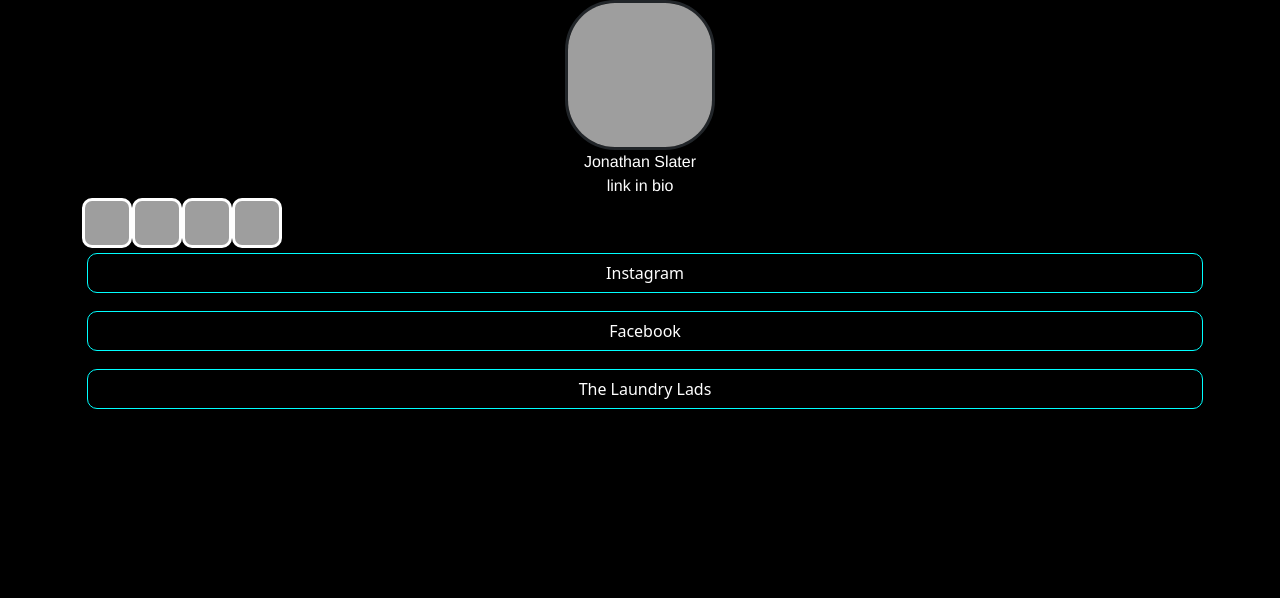
Repository: jontslater/LAB-link-in-bio
Page: index.html
The author's editor kept a copy of each file at every save. The page is drawn from the files as they stood at one save, then again after the next save.
The browser window is 1280 px wide. The pictures show the whole page.
Pictures or frames that could not be fetched are drawn as grey boxes.

Above is the page before, as saved 2023-10-15 15:20:54.

After the next save:
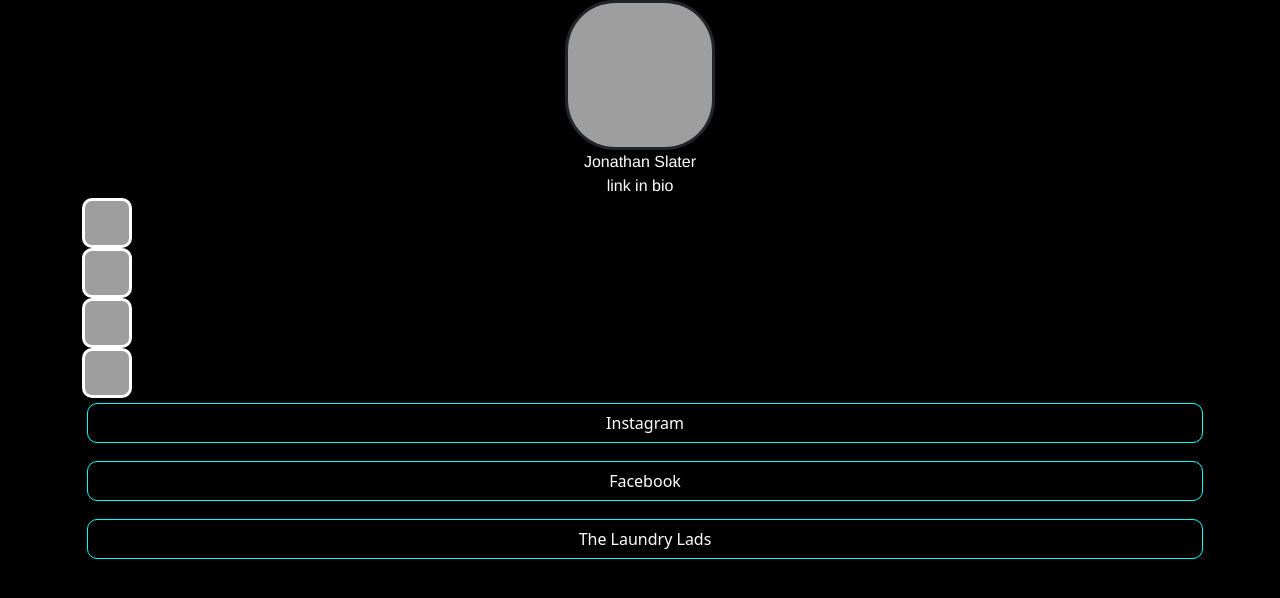
Saved 34 s later.
--- a/main.css
+++ b/main.css
@@ -46,3 +46,8 @@
   border-radius: 10px;
   border-style: solid;
 }
+
+.side {
+  display: flex;
+  justify-content: space-between;
+}

After the save that followed:
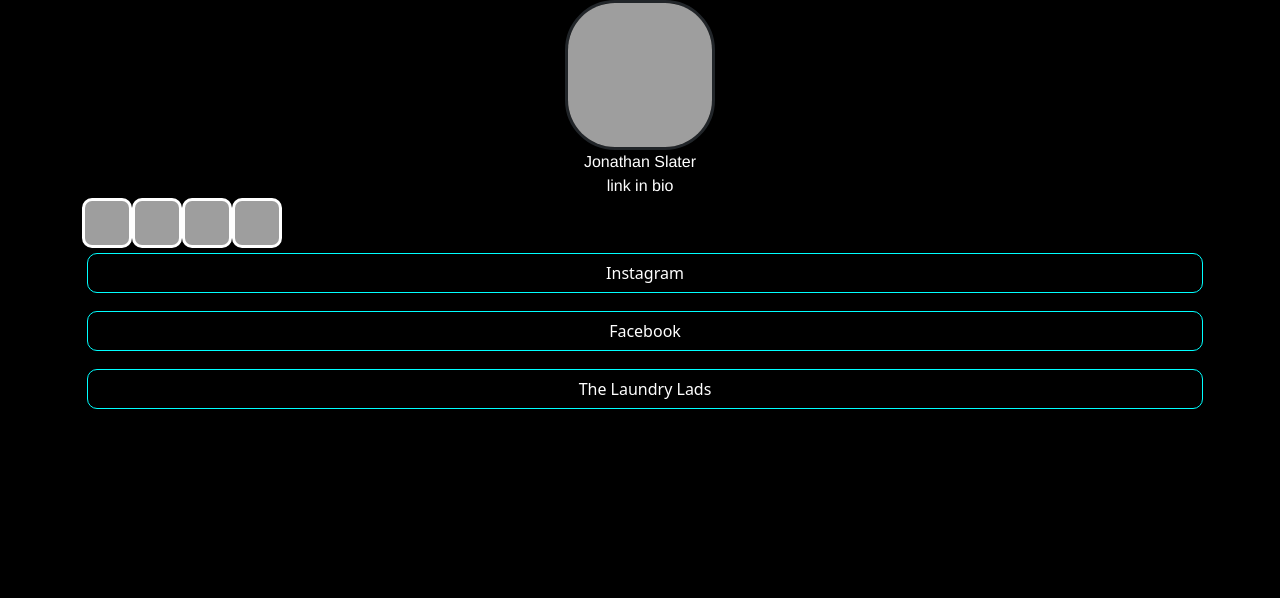
Saved 37 s later.
--- a/main.css
+++ b/main.css
@@ -48,6 +48,6 @@
 }
 
 .side {
-  display: flex;
+  display: inline;
   justify-content: space-between;
 }
